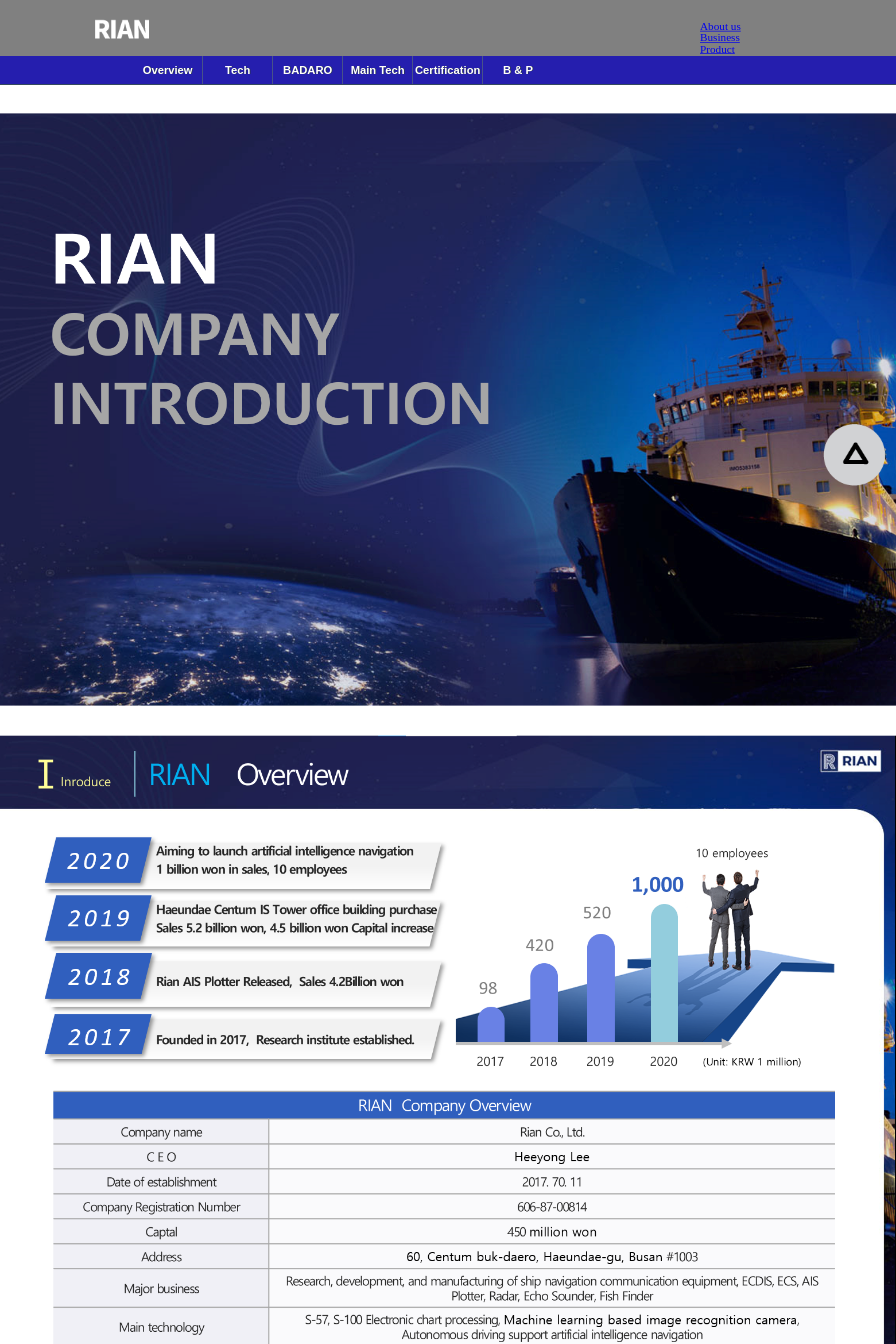
Repository: injeong-in/CompanyWeb
Page: http://localhost/RianWebSite/
These files come from the project's save history. The page is drawn as it stood at one moment and after the next save; the edit follows.
The browser window is 1280 px wide. The pictures show the part of the page from y = 0 to 1920 px (the page is 12163 px tall), at 70% of full size.
The page is served by Tomcat 9. Nobody is signed in. The application's start-up code is not run.

Above is the page before, as saved 2020-12-01 05:55:40.

After the next save:
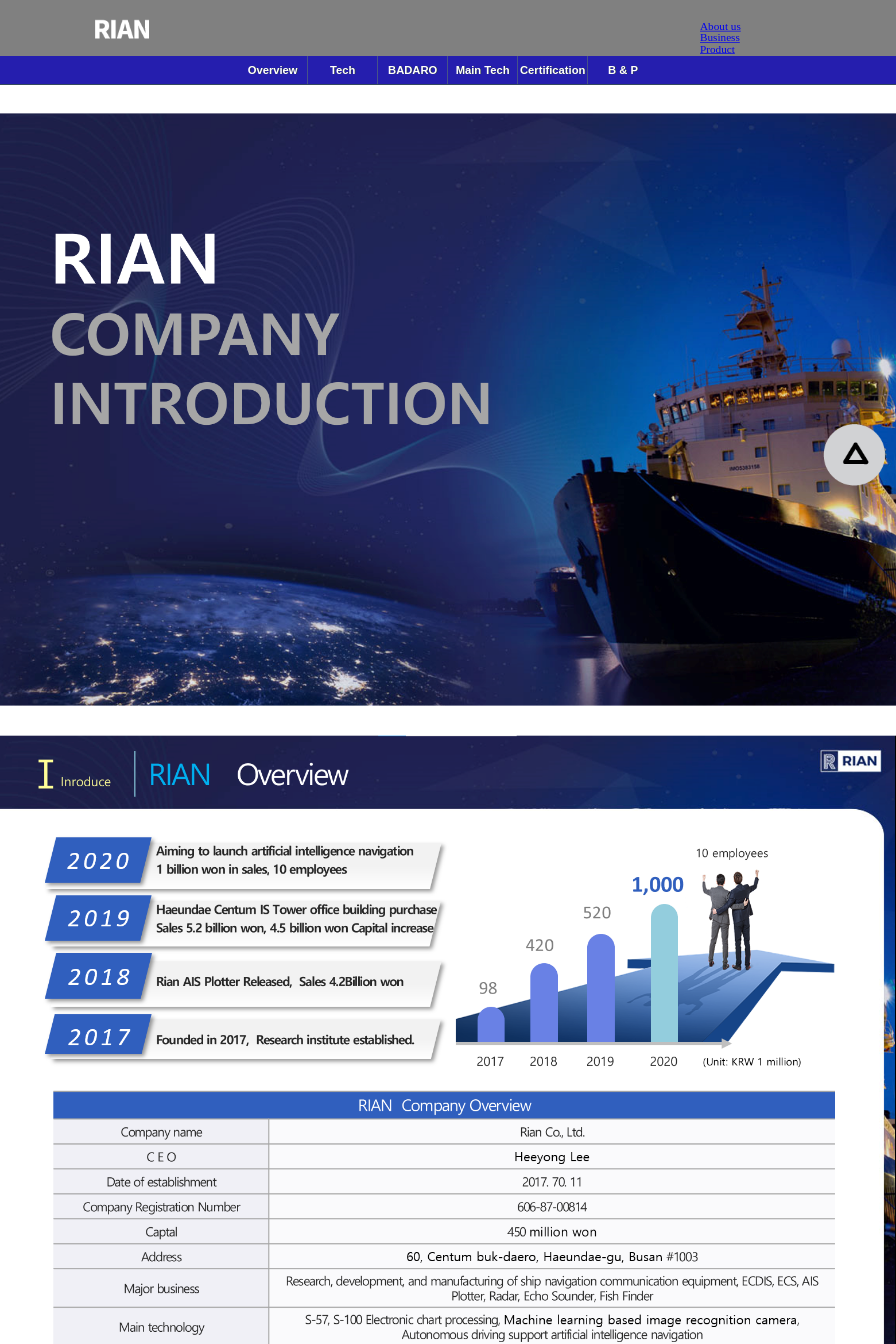
Saved 4 s later.
--- a/RianWebSite/WebContent/css/style.css
+++ b/RianWebSite/WebContent/css/style.css
@@ -63,7 +63,7 @@ nav {
 nav ul {
     padding: 0;
     margin:0 auto;
-    width: 900px;
+    width: 600px;
     height: 40px;
 }
 
